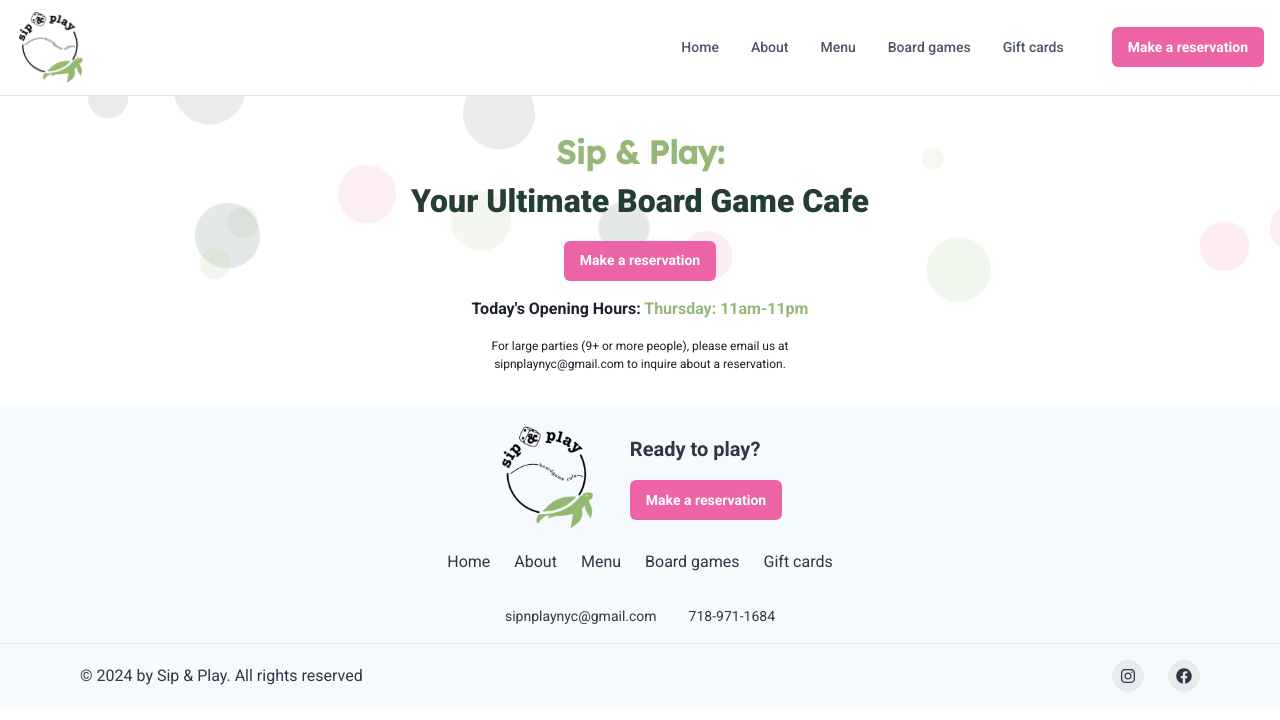
Repository: natespinetti/codedexsummerhackathon
Page: /
An editor plug-in stored every save of this project. The page is shown before and after the next save, followed by the edit.
The browser window is 1280 px wide. The pictures show the whole page.
The project was rebuilt for these pictures with package versions that can differ from the ones it lists, and the page was loaded fresh each time. The framework's server and built-in components were replaced by stand-ins that run in the browser. Also part of the build but not shown: next.config.mjs.

Above is the page before, as saved 2024-07-11 15:39:09.

After the next save:
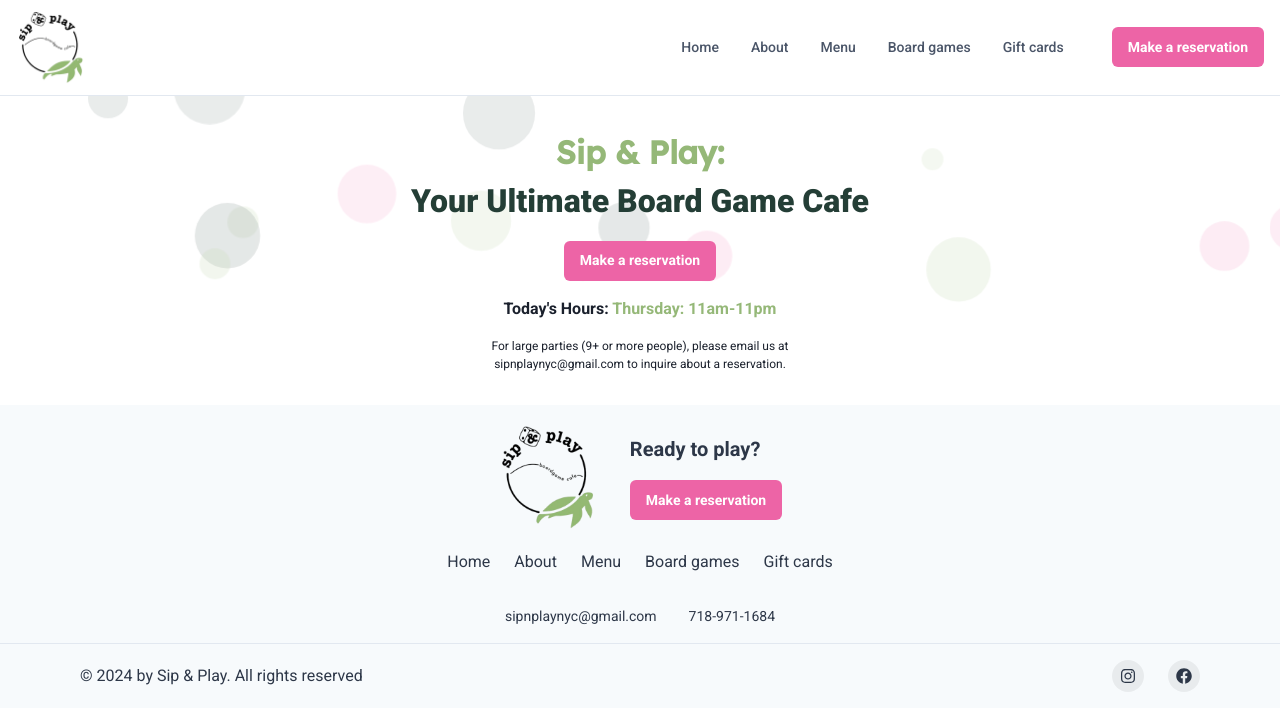
Saved 6 s later.
--- a/app/components/CurrentDaysHours.tsx
+++ b/app/components/CurrentDaysHours.tsx
@@ -18,7 +18,7 @@
   return (
     <Box textAlign="center" fontSize="16px">
       <Text fontWeight="bold">
-        Today's Opening Hours:{" "}
+        Today's Hours:{" "}
         <Text color="#95b878" as="span">
           {hours}
         </Text>
